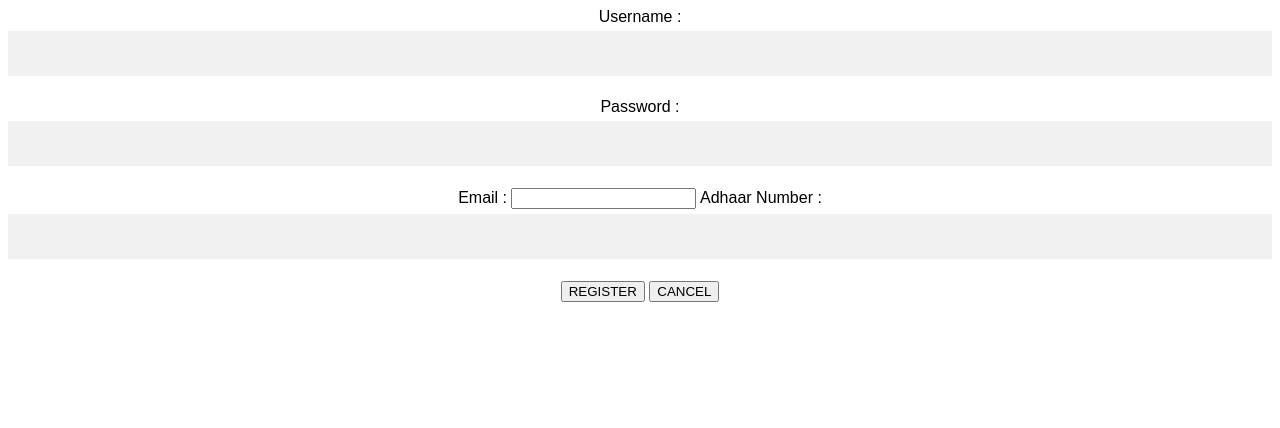
Repository: jchowdapurkar/Java-Project
Page: http://localhost/Registration/registration.jsp
These files come from the project's save history. The page is drawn as it stood at one moment and after the next save; the edit follows.
The browser window is 1280 px wide. The pictures show the whole page.
The page is served by Tomcat 9.

Above is the page before, as saved 2018-07-16 18:13:17.

After the next save:
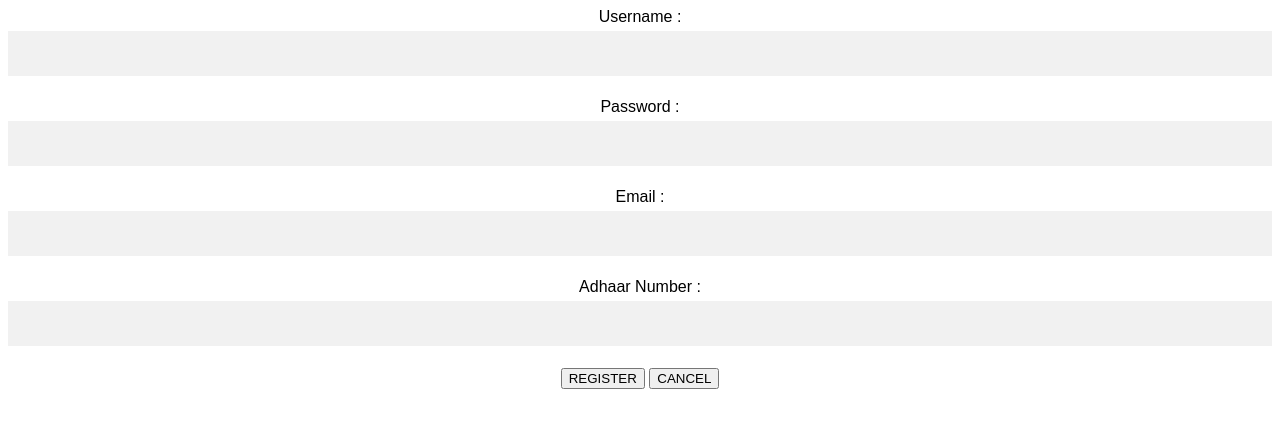
Saved 2 min 34 s later.
--- a/Task Jsp/Registration/WebContent/registration.jsp
+++ b/Task Jsp/Registration/WebContent/registration.jsp
@@ -7,7 +7,7 @@ body {font-family: Arial, Helvetica, sans-serif;}
 * {box-sizing: border-box}
 
 /* Full-width input fields */
-input[type=text], input[type=password] {
+input[type=text], input[type=password],input[type=email] {
     width: 100%;
     padding: 15px;
     margin: 5px 0 22px 0;
@@ -16,7 +16,8 @@ input[type=text], input[type=password] {
     background: #f1f1f1;
 }
 
-input[type=text]:focus, input[type=password]:focus {
+
+input[type=text]:focus, input[type=password]:focus, input[type=email]:focus {
     background-color: #ffff;
     outline: none;
 }
